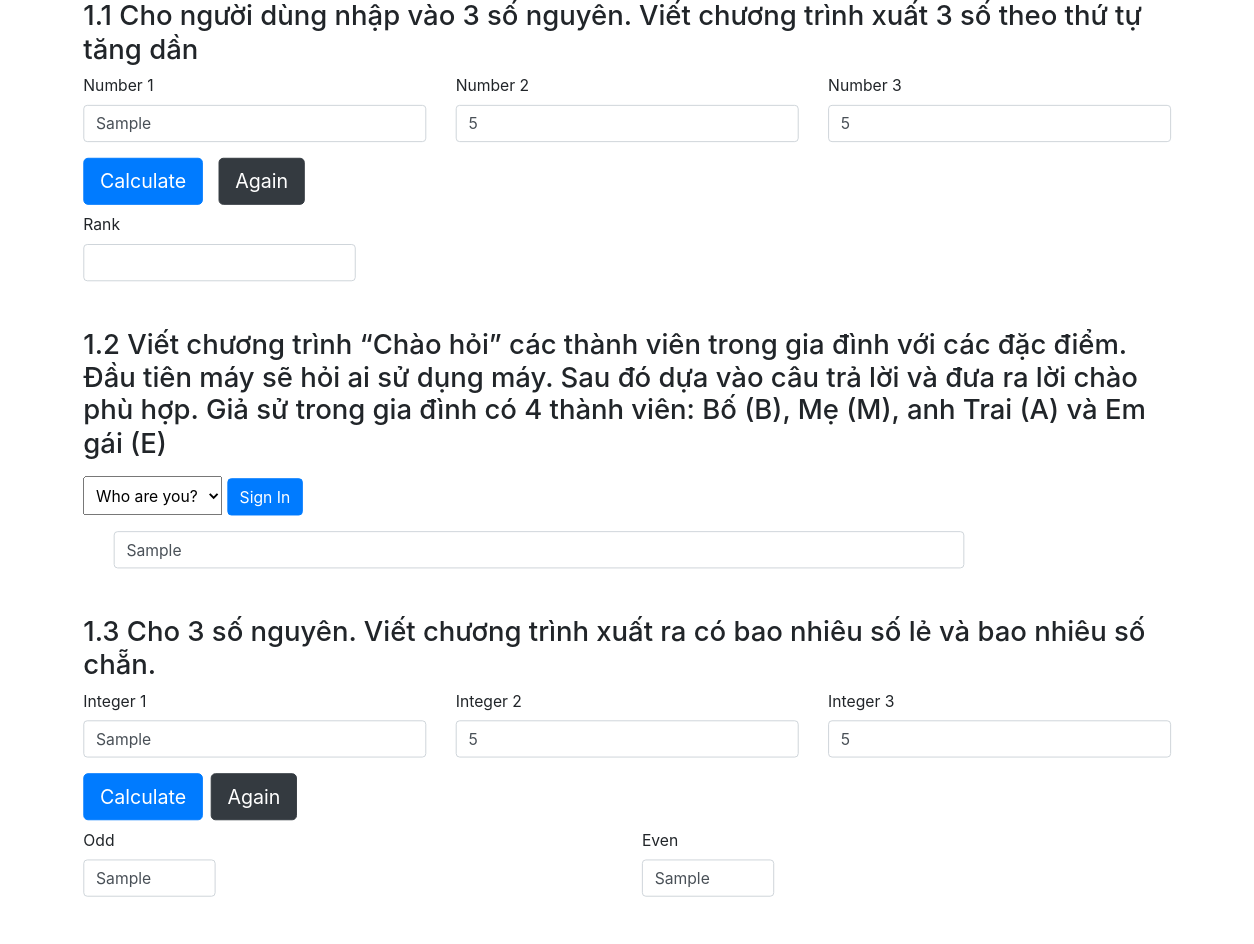
Repository: baobaodeveloper/bootscamp21__jsbasic__HuynhAnhBao
Page: index.html
An editor plug-in stored every save of this project. The page is shown before and after the next save, followed by the edit.
The browser window is 1280 px wide. The pictures show the whole page, at 98% of full size.
Empty fields were first filled with sample values (such as "Sample", 5 or name@example.com).
After loading, the first visible `button.btn-dark` was clicked once.

Above is the page before, as saved 2022-03-10 19:12:42.

After the next save:
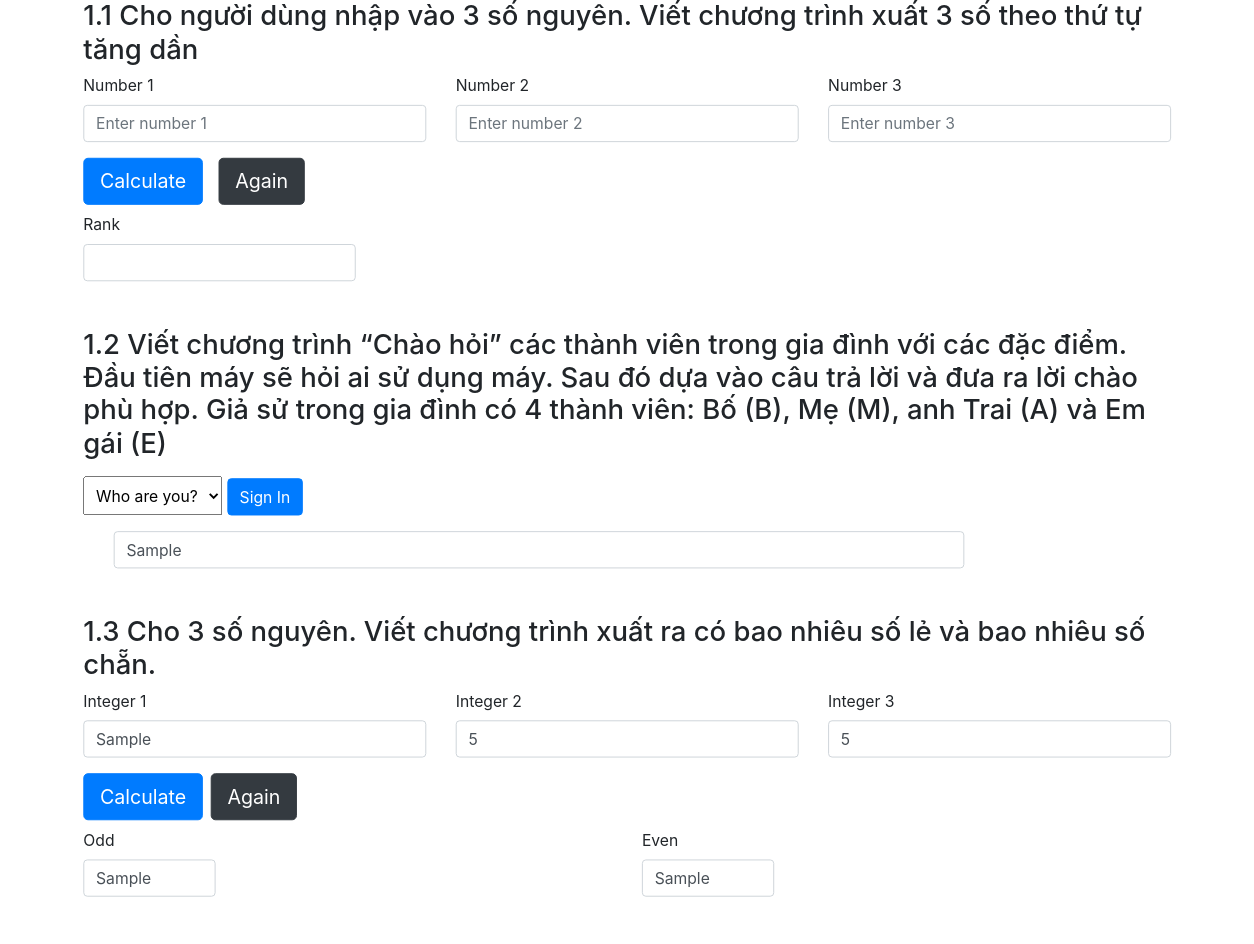
Saved 28 s later.
--- a/exercise1.js
+++ b/exercise1.js
@@ -33,4 +33,7 @@ btnRank.addEventListener("click", () => {
 
 btnAgainRank.addEventListener("click", () => {
   result1.value = "";
+  numValue1.value = "";
+  numValue2.value = "";
+  numValue3.value = "";
 });
